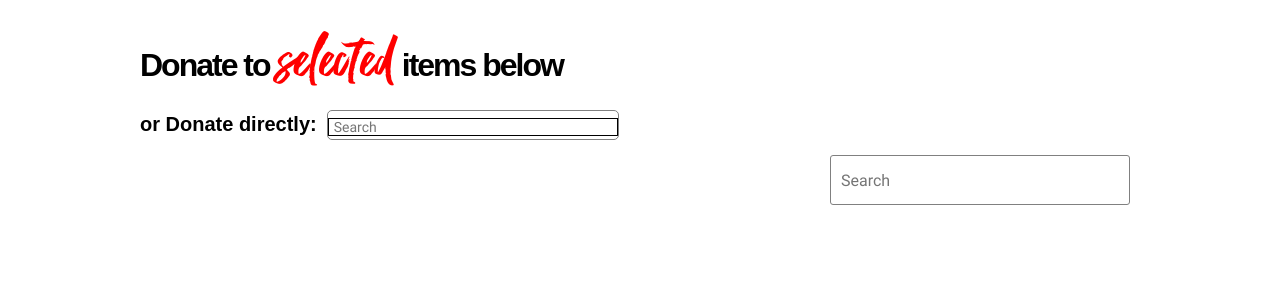
Repository: David-Waite/edableStyleChanges
Page: /
The author's editor kept a copy of each file at every save. The page is drawn from the files as they stood at one save, then again after the next save.
The browser window is 1280 px wide. The pictures show the whole page.
The project was rebuilt for these pictures with package versions that can differ from the ones it lists, and the page was loaded fresh each time. Also part of the build but not shown: src/components/Item/ProgressBar.css, src/components/Volunteer/Volunteer.tsx, src/components/DonorForm/Message.css, src/components/Volunteer/VolunteerError.tsx, src/components/Default.tsx, src/components/DonorForm/Paypal.tsx, src/components/DonorForm/DonorForm.tsx, src/components/DonorForm/PastDonations.css and 8 more.

Above is the page before, as saved 2022-11-09 19:18:21.

After the next save:
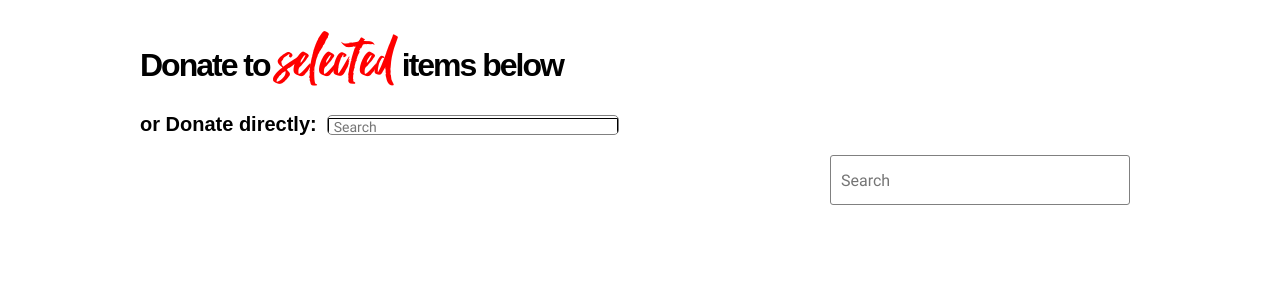
Saved 4 s later.
--- a/src/components/Landing/Landing.css
+++ b/src/components/Landing/Landing.css
@@ -48,7 +48,7 @@
 }
 
 .orgSearchBar input {
-  height: 30px;
+  height: 20px;
   display: flex;
   align-items: center;
 }
